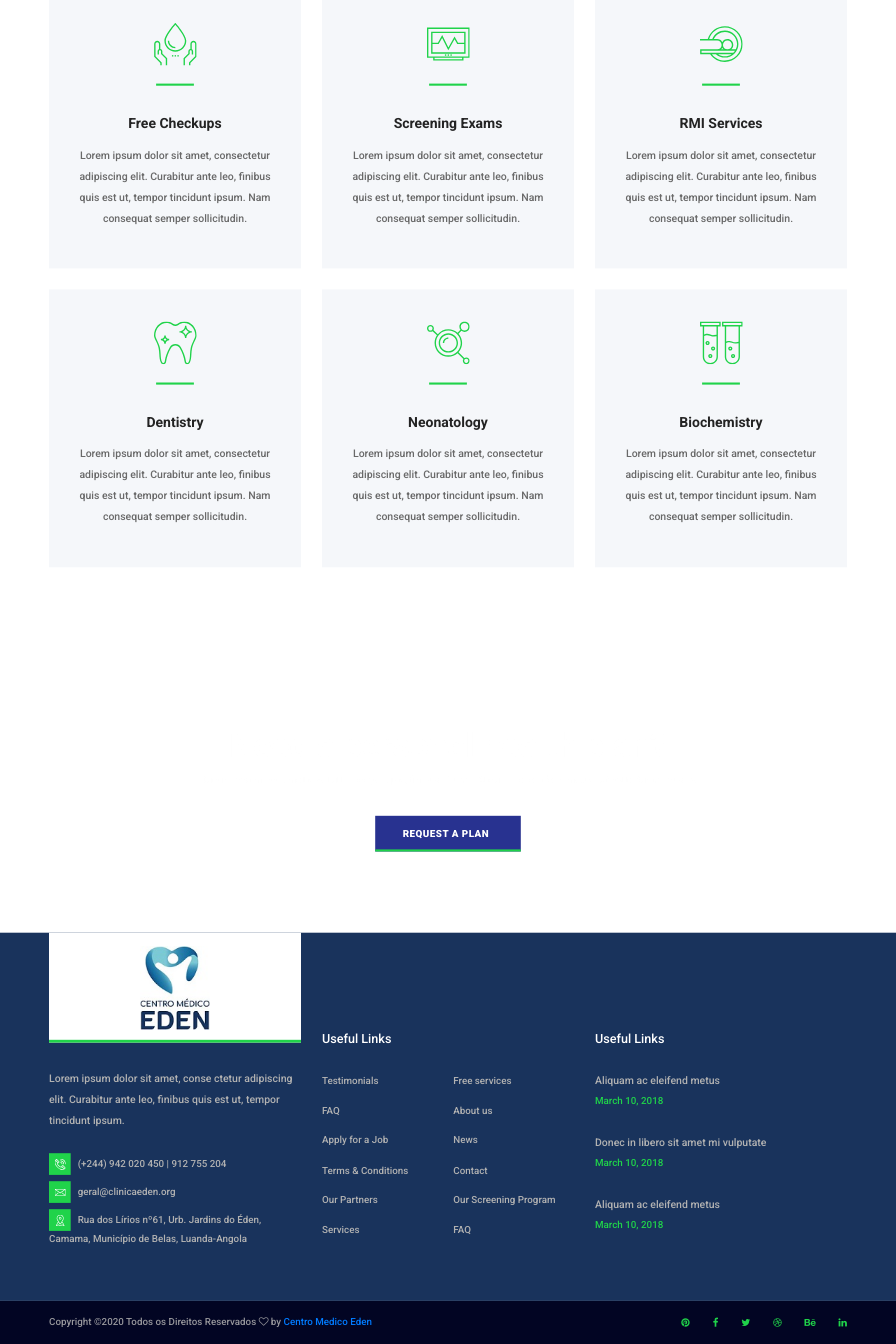
Repository: Nanitamo/centro-medico-eden-webpage
Page: index.html
These files come from the project's save history. The page is drawn as it stood at one moment and after the next save; the edit follows.
The browser window is 1280 px wide. The pictures show the part of the page from y = 2619 to 4539 px (the page is 4539 px tall before and 4535 px after), at 70% of full size.

Above is the page before, as saved 2020-06-18 15:43:30.

After the next save:
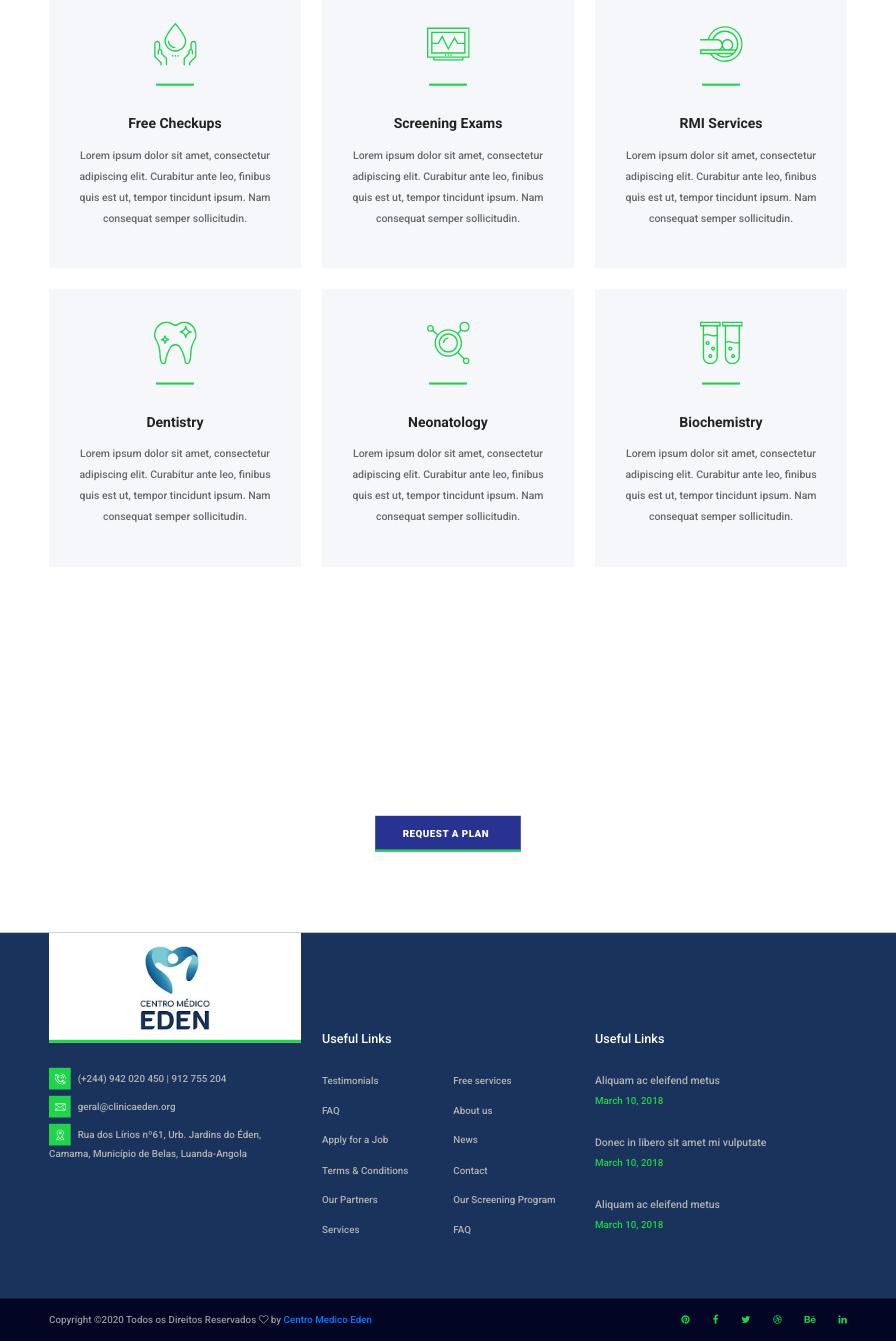
Saved 31 s later.
--- a/index.html
+++ b/index.html
@@ -464,7 +464,7 @@
 								</a>
 							</div>
 							<div class="footer_about_text">
-								<p>Lorem ipsum dolor sit amet, conse ctetur adipiscing elit. Curabitur ante leo, finibus quis est ut, tempor tincidunt ipsum.</p>
+								<p></p>
 							</div>
 							<ul class="footer_about_list">
 								<li><div class="footer_about_icon"><img src="images/phone-call.svg" alt=""></div><span>(+244) 942 020 450 | 912 755 204</span></li>
